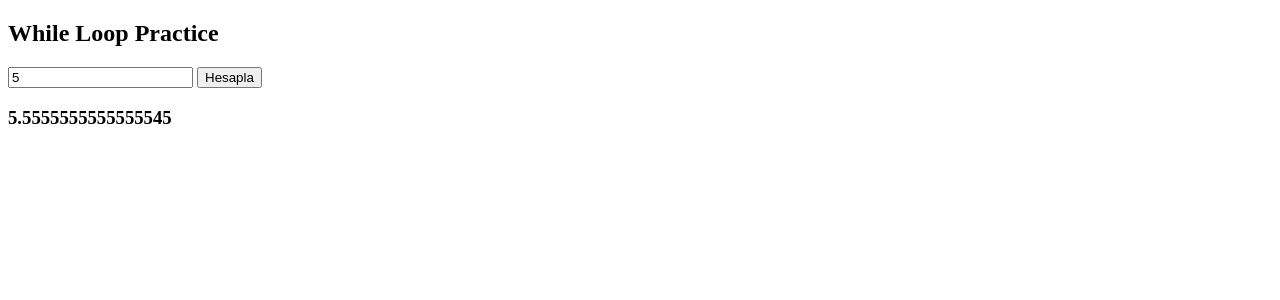
Repository: GorkemTurhan89/jsTutorial
Page: 31-looppractice.html
These files come from the project's save history. The page is drawn as it stood at one moment and after a run of saves; the edit follows.
The browser window is 1280 px wide. The pictures show the whole page.
Empty fields were first filled with sample values (such as "Sample", 5 or name@example.com).
After loading, the first visible `button` was clicked once.

Above is the page before, as saved 2024-06-15 19:54:14.

After the next 2 saves:
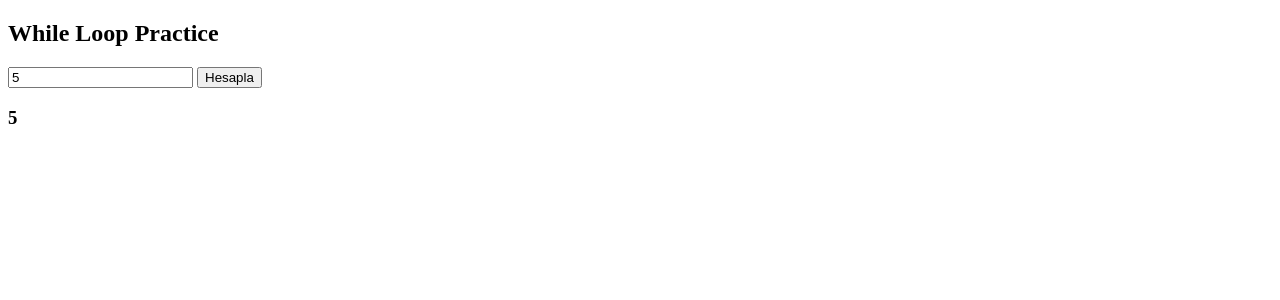
The 2 saves are shown as one change because they came seconds apart.
The last was saved 29 s later.
--- a/31-looppractice.html
+++ b/31-looppractice.html
@@ -22,7 +22,7 @@
         let toplam =0;
 
 
-       while (num>0){
+       while (num>=1){
         digit=num % 10;
         toplam +=digit;
         num = num/10;

After the save that followed:
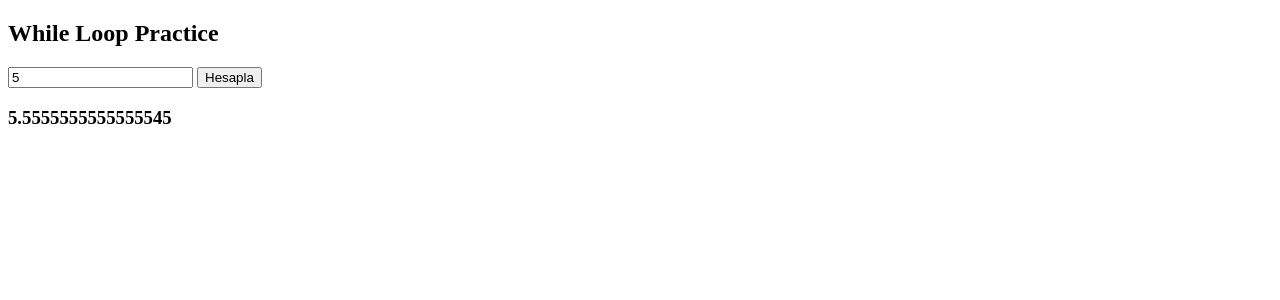
Saved 27 s later.
--- a/31-looppractice.html
+++ b/31-looppractice.html
@@ -22,7 +22,7 @@
         let toplam =0;
 
 
-       while (num>=1){
+       while (num>0){
         digit=num % 10;
         toplam +=digit;
         num = num/10;
